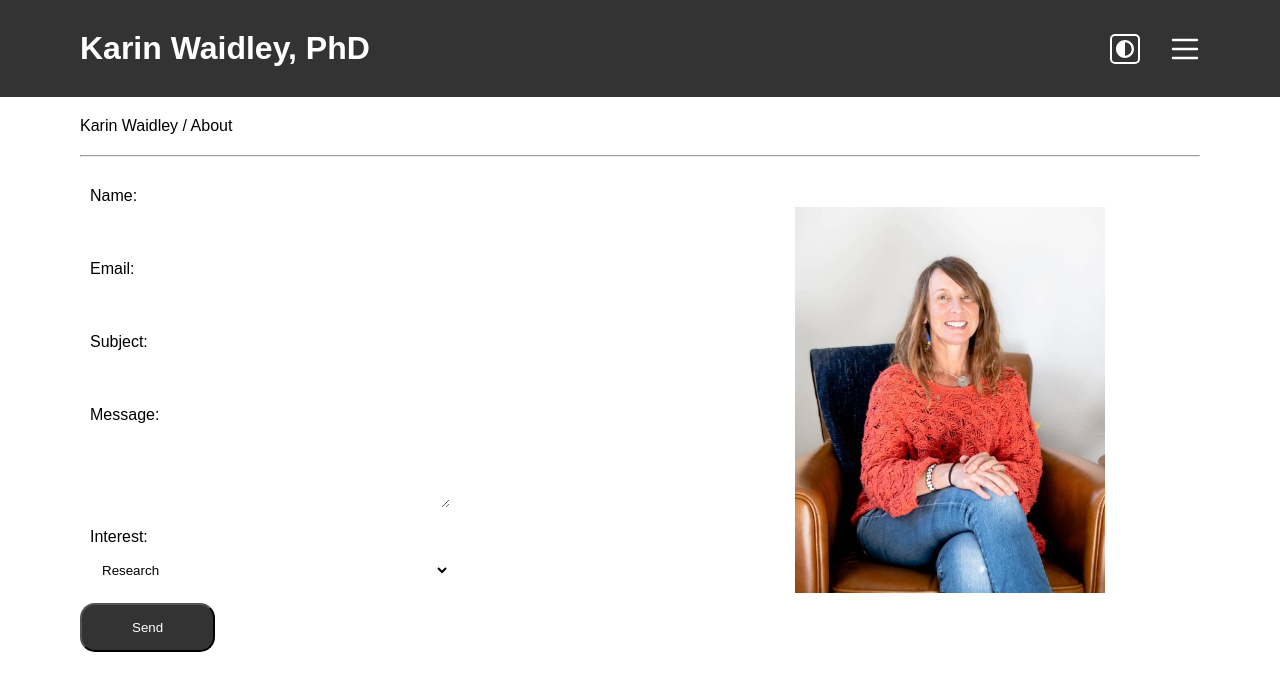
Repository: Ceasor7/Karin
Page: contact.html
These files come from the project's save history. The page is drawn as it stood at one moment and after the next save; the edit follows.
The browser window is 1280 px wide. The pictures show the whole page.

Above is the page before, as saved 2023-12-14 15:55:30.

### contact.html
<!DOCTYPE html>
<html lang="en">

<head>
    <meta charset="UTF-8">
    <meta name="viewport" content="width=device-width, initial-scale=1.0">
    <title>Karin Waidley, PhD | Contact</title>
    <style>
        ::-webkit-scrollbar {
            width: .8em;
            border-radius: .3rem;
            background-color: hsl(0, 0%, 65%);
        }

        ::-webkit-scrollbar-thumb {
            border-radius: .3rem;
            background-color: hsl(0, 0%, 55%);
        }

        ::-webkit-scrollbar-thumb:hover {
            background-color: hsl(0, 0%, 45%);
        }

        /* Resetting some default styles for better consistency */
        body,
        h1,
        h2,
        h3,
        p,
        ul,
        li {
            margin: 0;
            padding: 0;
            list-style: none;
        }

        /* Global styles */
        body {
            font-family: Arial, sans-serif;
            background-color: #fff;
        }

        /* Navbar styles */
        header {
            background-color: #333;
            color: white;
            padding: 10px 0;
        }

        .navbar {
            display: flex;
            justify-content: space-between;
            align-items: center;
            padding: 20px;
            margin-left: 60px;
            margin-right: 60px;
        }

        .navbar-logo {
            font-size: 2em;
            font-weight: bold;
        }

        .navbar-icons {
            display: flex;
            gap: 10px;
        }

        .dark-mode-toggle {
            color: var(--secondary-color);
            border: 2px solid currentColor;
            padding: 4px;
            background: transparent;
            cursor: pointer;
            border-radius: 5px;
            width: 30px;
            height: 30px;
        }

        .dark-mode-toggle,
        .svg-icon {
            margin-right: 20px;
        }

        /* Main content styles */
        section {
            margin-top: 20px;
        }

        .page-title {
            margin-bottom: 20px;
        }

        /* Contact form styles */
        form {
            max-width: 600px;
            margin: 0 auto;
        }

        label {
            display: block;
            margin-bottom: 8px;
            text-align: left;
            margin-left: 80px;
        }

        input,
        textarea,
        select {
            width: 60%;
            padding: 8px;
            margin-bottom: 16px;
            box-sizing: border-box;
            margin-left: 80px;
            background-color: white;
            border: none;

        }

        /* New section styles */
        .image-section {
            text-align: center;
            margin-top: 20px;
        }

        .image-section img {
            max-width: 50%;
            height: auto;
        }

        /* Add this CSS to make the two divs beside each other */
        .flex-container {
            display: flex;
            justify-content: space-between;
            margin-top: 30px;
        }

        .flex-container>div {
            flex: 1;
            margin-right: 20px;
        }

        .form-button {
            margin-left: 80px;
        }

        .formSend-button {
            padding: 15px;
            background-color: #333;
            color: white;
            padding-left: 50px;
            padding-right: 50px;
            border-radius: 15px;
        }

        section {
            margin-top: 20px;
            margin-left: 80px;
            margin-right: 80px;
        }
    </style>
</head>

<body>
    <header>
        <div class="navbar">
            <div class="navbar-logo">Karin Waidley, PhD</div>
            <div class="navbar-icons">
                <button id="dark-mode-toggle" class="dark-mode-toggle">
                    <svg width="100%" xmlns="http://www.w3.org/2000/svg" viewBox="0 0 496 496">
                        <path fill="currentColor"
                            d="M8,256C8,393,119,504,256,504S504,393,504,256,393,8,256,8,8,119,8,256ZM256,440V72a184,184,0,0,1,0,368Z"
                            transform="translate(-8 -8)" />
                    </svg>
                </button>
                <svg xmlns="http://www.w3.org/2000/svg" x="0px" y="0px" width="30" height="30" viewBox="0 0 50 50"
                    style="fill:#FFFFFF;">
                    <path
                        d="M 5 8 A 2.0002 2.0002 0 1 0 5 12 L 45 12 A 2.0002 2.0002 0 1 0 45 8 L 5 8 z M 5 23 A 2.0002 2.0002 0 1 0 5 27 L 45 27 A 2.0002 2.0002 0 1 0 45 23 L 5 23 z M 5 38 A 2.0002 2.0002 0 1 0 5 42 L 45 42 A 2.0002 2.0002 0 1 0 45 38 L 5 38 z">
                    </path>
                </svg>
            </div>
        </div>
    </header>

    <section>
        <p class="page-title">Karin Waidley / About</p>
        <hr>
    </section>
    <div class="flex-container">
        <div>
            <form>
                <label for="name">Name:</label>
                <input type="text" id="name" name="name" required>

                <label for="email">Email:</label>
                <input type="email" id="email" name="email" required>

                <label for="subject">Subject:</label>
                <input type="text" id="subject" name="subject" required>

                <label for="message">Message:</label>
                <textarea id="message" name="message" rows="4" required></textarea>

                <label for="interest">Interest:</label>
                <select id="interest" name="interest">
                    <option value="research">Research</option>
                    <option value="speaking">Speaking</option>
                    <option value="teaching">Teaching</option>
                    <option value="community-reach">Community Reach</option>
                </select>
            </form>
        </div>
        <!-- New section with image -->
        <div class="image-section">
            <img src="images/Karin.jpeg" alt="Karin Waidley">
        </div>
    </div>
    <div class="form-button">
        <button class="formSend-button" type="submit">Send</button>
    </div>


</body>

</html>

After the next save:
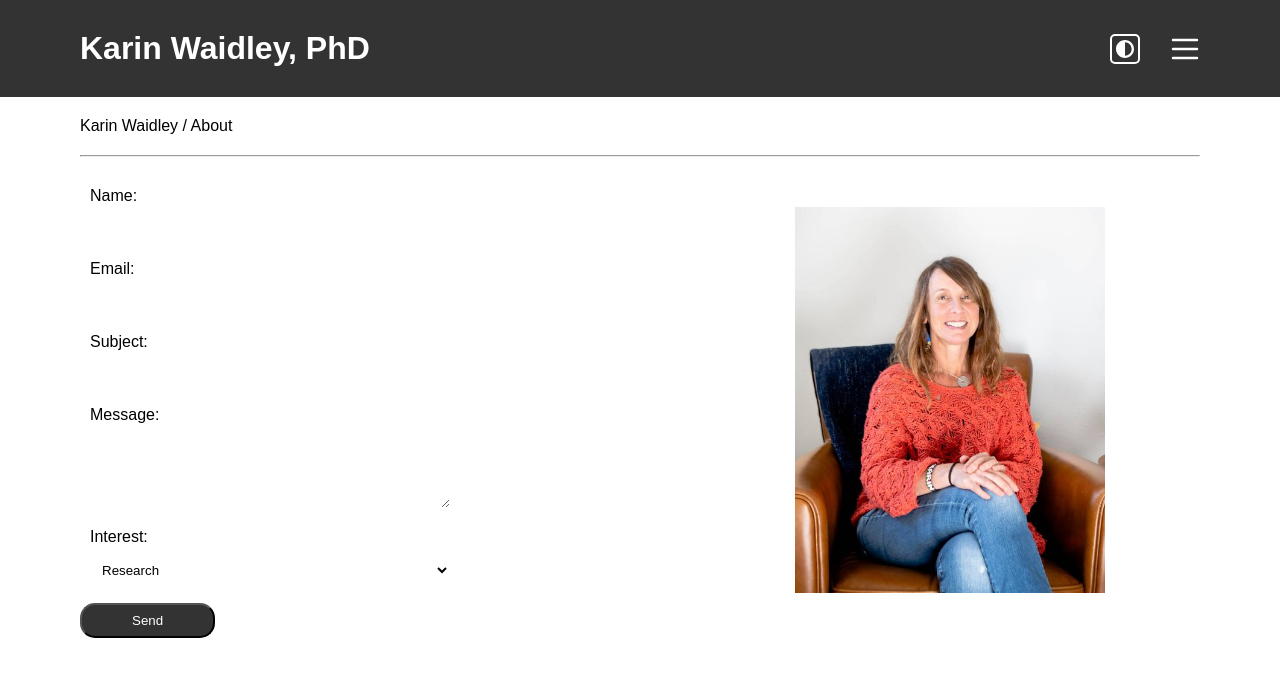
Saved 80 s later.
--- a/contact.html
+++ b/contact.html
@@ -145,7 +145,7 @@
         }
 
         .formSend-button {
-            padding: 15px;
+            padding: 8px;
             background-color: #333;
             color: white;
             padding-left: 50px;
